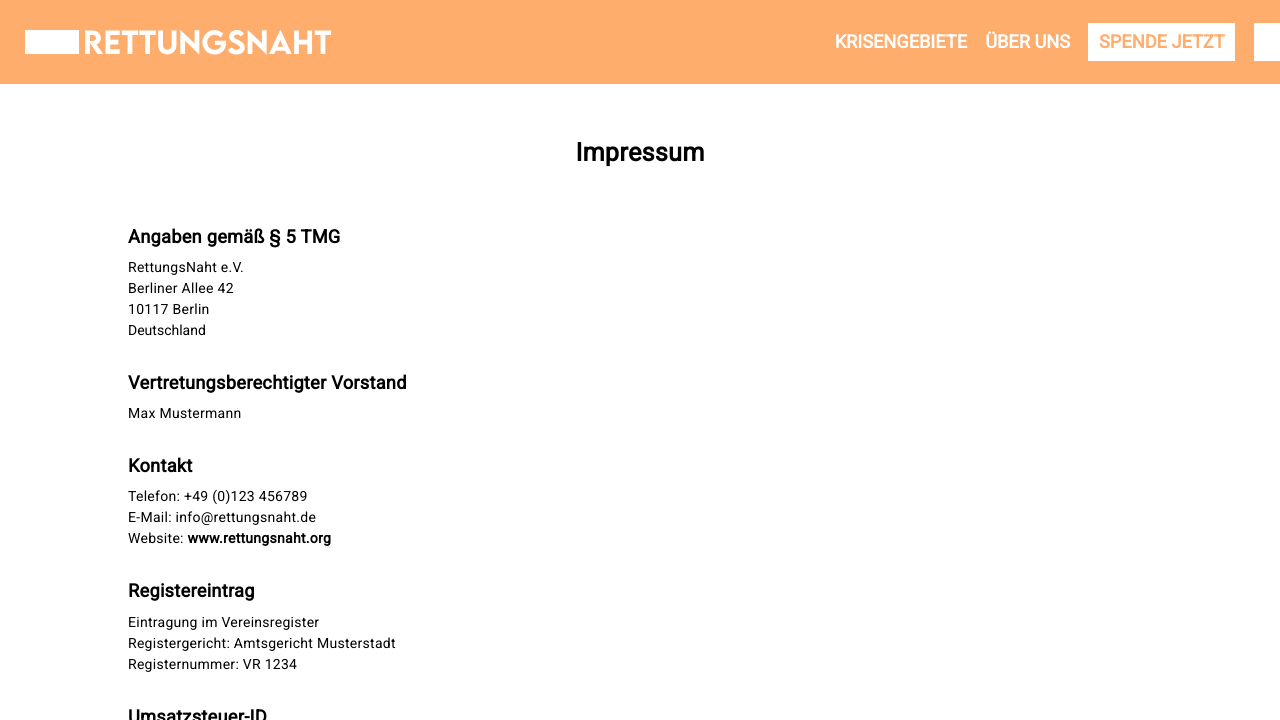
Repository: chriZVee/rettungsnaht
Page: /imprint
These files come from the project's save history. The page is drawn as it stood at one moment and after the next save; the edit follows.
The browser window is 1280 px wide. The pictures show the whole page.
An inner scrolling area shows only its first screen. The project was rebuilt for these pictures with package versions that can differ from the ones it lists, and the page was loaded fresh each time. Also part of the build but not shown: vite.config.js, src/index.css, src/styles/hero.css, src/components/Hero.jsx, src/styles/form.css, src/components/form/AreaSelection.jsx, src/components/form/ContactData.jsx, src/components/form/DonationMethod.jsx and 17 more.

Above is the page before, as saved 2025-04-17 14:34:29.

After the next save:
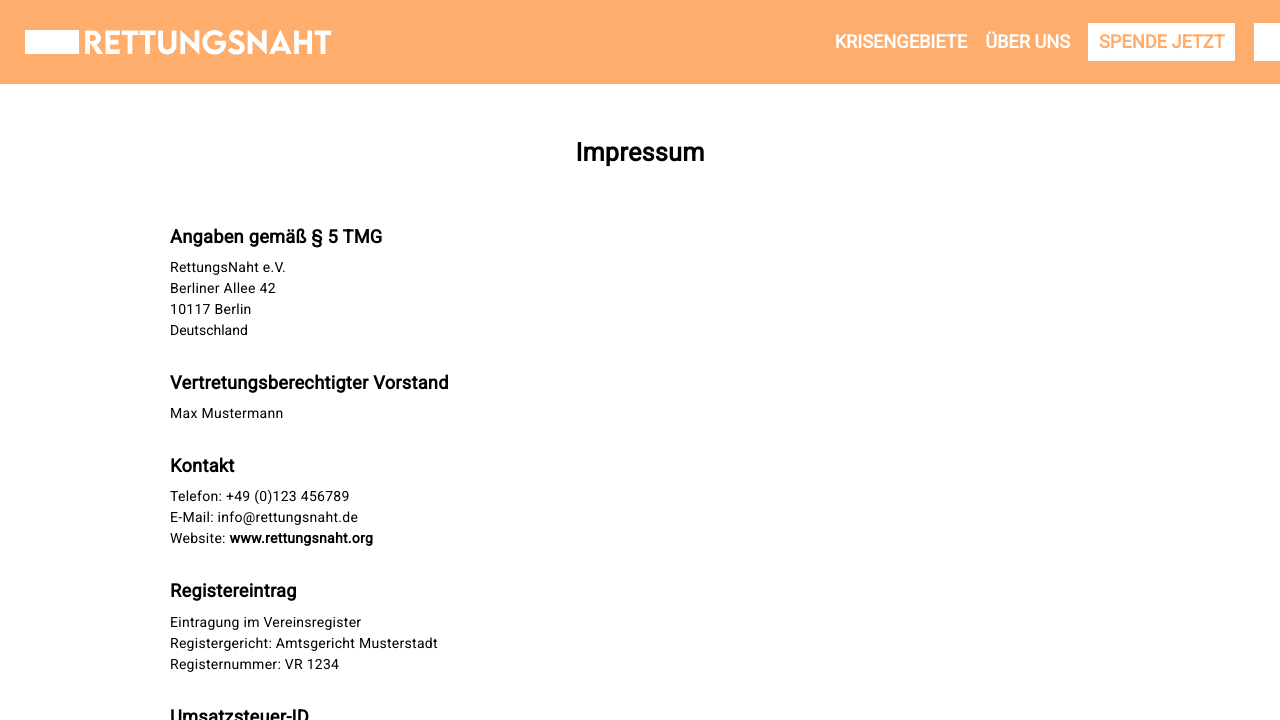
Saved 57 s later.
--- a/src/styles/imprint.css
+++ b/src/styles/imprint.css
@@ -1,8 +1,4 @@
 /* Imprint */
-
-section.imprint {
-  padding: 0 0 4.5em 0;
-}
 
 /* .imprint-block {
   padding: 0 2rem 0rem 2rem;
